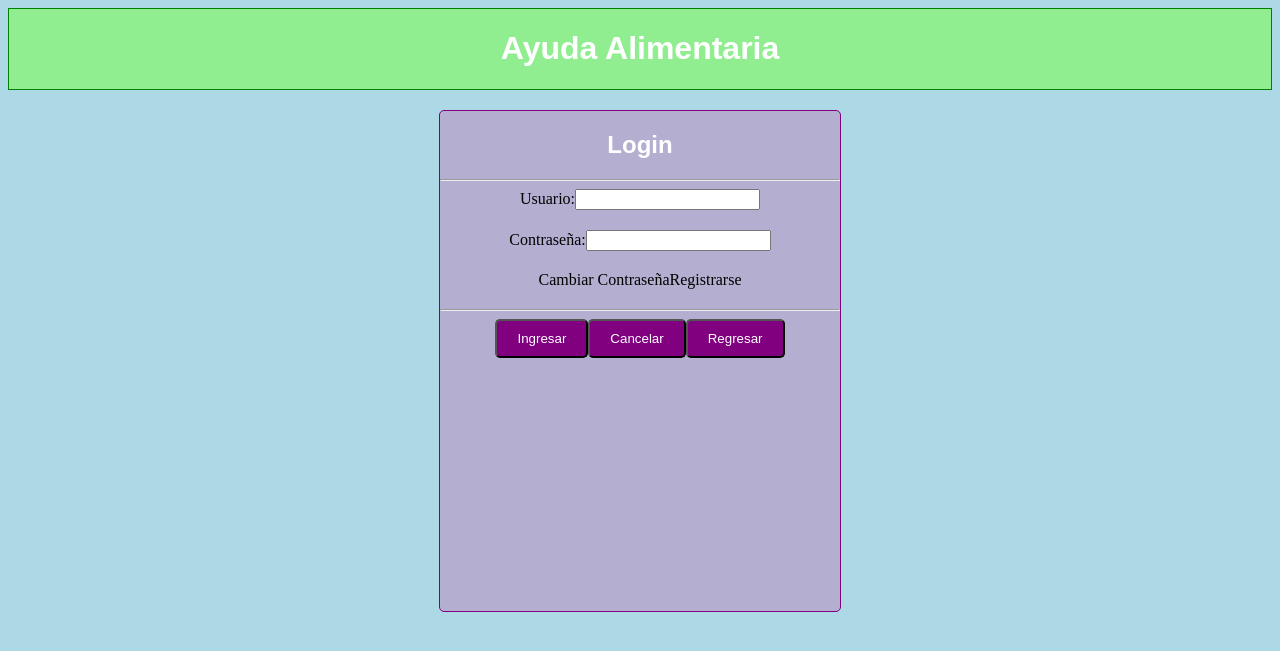
Repository: sonicspeed1/examen1_codigo_bryansantillan
Page: http://localhost/examen_1_bryan_santillan/Login.jsp
These files come from the project's save history. The page is drawn as it stood at one moment and after the next save; the edit follows.
The browser window is 1280 px wide. The pictures show the whole page.
The page is served by Tomcat 9.

Above is the page before, as saved 2024-05-25 16:57:11.

After the next save:
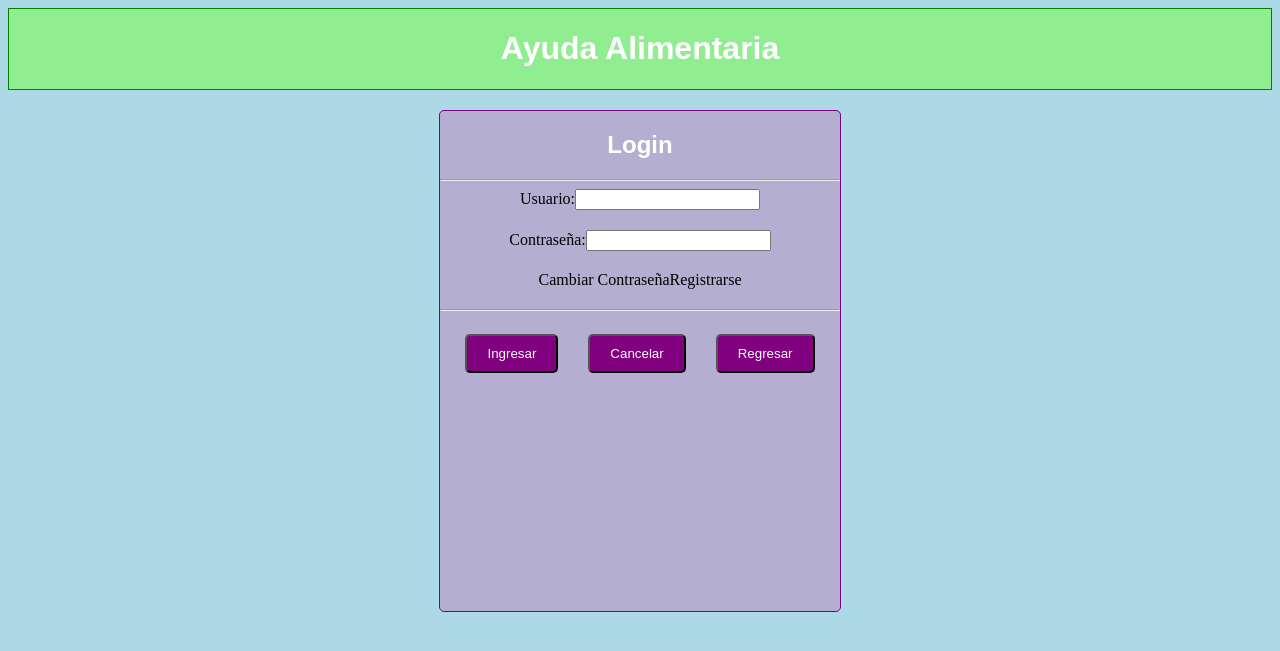
Saved 29 s later.
--- a/examen_1_bryan_santillan/src/main/webapp/estilo.css
+++ b/examen_1_bryan_santillan/src/main/webapp/estilo.css
@@ -65,4 +65,5 @@
 	border-radius: 5px;
 	color: white;
 	padding: 10px 20px;
+	margin: 15px;
 }
